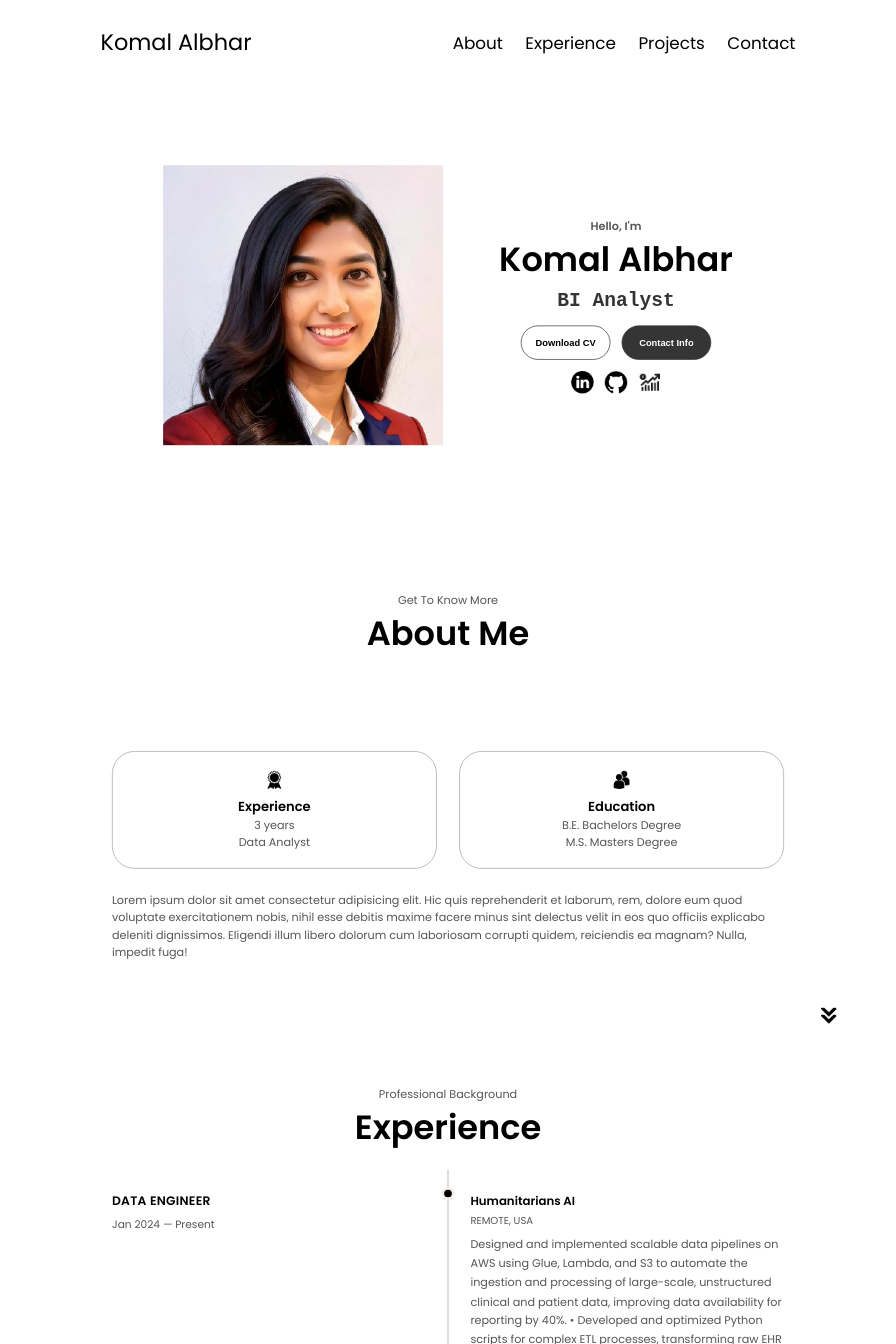
Repository: Komal-A99/komal-albhar
Page: index.html
An editor plug-in stored every save of this project. The page is shown before and after the next save, followed by the edit.
The browser window is 1280 px wide. The pictures show the part of the page from y = 0 to 1920 px (the page is 5649 px tall), at 70% of full size.

Above is the page before, as saved 2025-08-26 11:33:04.

### index.html
<!DOCTYPE html>
<html lang="en">
  <head>
    <meta charset="UTF-8" />
    <meta http-equiv="X-UA-Compatible" content="IE=edge" />
    <meta name="viewport" content="width=device-width, initial-scale=1.0" />
    <title>Komal Albhar Portfolio</title>
    <link rel="stylesheet" href="style.css" />
    <link rel="stylesheet" href="mediaqueries.css" />
    <link rel="icon" type="image/gif" href="career.gif" />
  </head>
  <body>
    <nav id="desktop-nav">
      <div class="logo">Komal Albhar</div>
      <div>
        <ul class="nav-links">
          <li><a href="#about">About</a></li>
          <li><a href="#experience">Experience</a></li>
          <li><a href="#projects">Projects</a></li>
          <li><a href="#contact">Contact</a></li>
        </ul>
      </div>
    </nav>
    <nav id="hamburger-nav">
      <div class="logo">Komal Albhar</div>
      <div class="hamburger-menu">
        <div class="hamburger-icon" onclick="toggleMenu()">
          <span></span>
          <span></span>
          <span></span>
        </div>
        <div class="menu-links">
          <li><a href="#about" onclick="toggleMenu()">About</a></li>
          <li><a href="#experience" onclick="toggleMenu()">Experience</a></li>
          <li><a href="#projects" onclick="toggleMenu()">Projects</a></li>
          <li><a href="#contact" onclick="toggleMenu()">Contact</a></li>
        </div>
      </div>
    </nav>
    <section id="profile">
      <div class="section__pic-container">
        <img src="./assets/profile-pic.jpeg" alt="Komal Albhar profile picture" />
      </div>
      <div class="section__text">
        <p class="section__text__p1">Hello, I'm</p>
        <h1 class="title">Komal Albhar</h1>
        <p class="section__text__p2"><span id="rotating-text" class="fancy-title"></span></p>
        <div class="btn-container">
          <button
            class="btn btn-color-2"
            onclick="window.open('./assets/resume-example.pdf')"
          >
            Download CV
          </button>
          <button class="btn btn-color-1" onclick="location.href='./#contact'">
            Contact Info
          </button>
        </div>
        <div id="socials-container">
          <img
            src="./assets/linkedin.png"
            alt="My LinkedIn profile"
            class="icon"
            onclick="location.href='https://www.linkedin.com/in/komal-s-b44762373/'"
          />
          <img
            src="./assets/github.png"
            alt="My Github profile"
            class="icon"
            onclick="location.href='https://github.com/Komal-A99'"
          />
          <img
          src="./assets/visualization.png"
          alt="My Visualization profile"
          class="icon"
          onclick="location.href='https://public.tableau.com/app/profile/komal.albhar/vizzes'"
        />
        </div>
      </div>
    </section>
    <section id="about">
      <p class="section__text__p1">Get To Know More</p>
      <h1 class="title">About Me</h1>
      <div class="section-container">
       <!-- <div class="section__pic-container">
        <img
          src="./assets/about-pic.png"
          alt="Profile picture"
          class="about-pic"
        />

      </div>-->
        <div class="about-details-container">
          <div class="about-containers">
            <div class="details-container">
              <img
                src="./assets/experience.png"
                alt="Experience icon"
                class="icon"
              />
              <h3>Experience</h3>
              <p>3 years <br />Data Analyst </p>
            </div>
            <div class="details-container">
              <img
                src="./assets/education.png"
                alt="Education icon"
                class="icon"
              />
              <h3>Education</h3>
              <p>B.E. Bachelors Degree<br />M.S. Masters Degree</p>
            </div>
          </div>
          <div class="text-container">
            <p>
              Lorem ipsum dolor sit amet consectetur adipisicing elit. Hic quis
              reprehenderit et laborum, rem, dolore eum quod voluptate
              exercitationem nobis, nihil esse debitis maxime facere minus sint
              delectus velit in eos quo officiis explicabo deleniti dignissimos.
              Eligendi illum libero dolorum cum laboriosam corrupti quidem,
              reiciendis ea magnam? Nulla, impedit fuga!
            </p>
          </div>
        </div>
      </div>
      <img
        src="./assets/arrow.png"
        alt="Arrow icon"
        class="icon arrow"
        onclick="location.href='./#experience'"
      />
    </section>
    <section id="experience">
      <p class="section__text__p1">Professional Background</p>
      <h1 class="title">Experience</h1>

      <div class="timeline">
        <!-- ITEM -->
        <div class="tl-item">
          <div class="tl-left">
            <h3>Data Engineer</h3>
            <div class="tl-date">Jan 2024 — Present</div>
          </div>
          <div class="tl-right">
            <h3 class="company">Humanitarians AI</h3>
            <div class="location">Remote, USA</div>
            <p class="desc">
              Designed and implemented scalable data pipelines on AWS using Glue, Lambda, and S3 to automate the ingestion and
              processing of large-scale, unstructured clinical and patient data, improving data availability for reporting by 40%.
              • Developed and optimized Python scripts for complex ETL processes, transforming raw EHR (Electronic Health
              Record) and claims data into structured, analysis-ready formats for analytics and operational reporting.
              • Built automated data validation and quality checks within pipelines to ensure data integrity, accuracy, and compliance
              across all systems, directly supporting internal controls and audit requirements.
              • Collaborated with clinical analysts and business stakeholders to understand data requirements and deliver clean,
              reliable, and timely datasets for population health analytics and regulatory reporting.
            </p>
          </div>
        </div>

        <div class="tl-item">
          <div class="tl-left">
            <h3>Data Engineer Intern</h3>
            <div class="tl-date">Aug 2024 — Dec 2024</div>
          </div>
          <div class="tl-right">
            <h3 class="company">Abecedarian</h3>
            <div class="location">Boston, MA</div>
            <p class="desc">
              • Engineered and maintained robust data pipelines using Python and SQL, automating the flow of educational data from
                multiple source systems into a centralized Snowflake data warehouse.
              • Utilized Airflow to orchestrate and schedule ETL jobs, ensuring reliable and timely data delivery for stakeholder
                reporting.
              • Documented all data processes, pipeline designs, and automation workflows, creating a comprehensive knowledge base
                for the team.
            </p>
          </div>
        </div>

        <div class="tl-item">
          <div class="tl-left">
            <h3>Data and Business Intelligence Analyst</h3>
            <div class="tl-date">Jul 2021 — Jun 2022</div>
          </div>
          <div class="tl-right">
            <h3 class="company">UST Global Inc</h3>
            <div class="location">Pune, IN</div>
            <p class="desc">
              • Supported the design of data solutions by collaborating with subject matter experts to interpret business requirements
                and translate them into technical specifications for ETL development.
              • Extracted and analyzed data from various source systems to provide insights that informed business decisions and
                identified opportunities for process automation and maintenance of existing data pipelines
              • Developed interactive dashboards and reports in Power BI utilizing advanced DAX for calculated measures and KPIs,
                enabling stakeholders to visualize critical performance metrics and track business efficiency.
            </p>
          </div>
        </div>

        <!-- Duplicate tl-item blocks for each role -->
      </div>
    </section>

    <section id="projects">
      <p class="section__text__p1">Browse My Recent</p>
      <h1 class="title">Projects</h1>
      <div class="experience-details-container">
        <div class="about-containers">
          <div class="details-container color-container">
            <div class="article-container">
              <img
                src="./assets/project-1.png"
                alt="Project 1"
                class="project-img"
              />
            </div>
            <h2 class="experience-sub-title project-title">Project One</h2>
            <div class="btn-container">
              <button
                class="btn btn-color-2 project-btn"
                onclick="location.href='https://github.com/'"
              >
                Github
              </button>
              <button
                class="btn btn-color-2 project-btn"
                onclick="location.href='https://github.com/'"
              >
                Live Demo
              </button>
            </div>
          </div>
          <div class="details-container color-container">
            <div class="article-container">
              <img
                src="./assets/project-2.png"
                alt="Project 2"
                class="project-img"
              />
            </div>
            <h2 class="experience-sub-title project-title">Project Two</h2>
            <div class="btn-container">
              <button
                class="btn btn-color-2 project-btn"
                onclick="location.href='https://github.com/'"
              >
                Github
              </button>
              <button
                class="btn btn-color-2 project-btn"
                onclick="location.href='https://github.com/'"
              >
                Live Demo
              </button>
            </div>
          </div>
          <div class="details-container color-container">
            <div class="article-container">
              <img
                src="./assets/project-3.png"
                alt="Project 3"
                class="project-img"
              />
            </div>
            <h2 class="experience-sub-title project-title">Project Three</h2>
            <div class="btn-container">
              <button
                class="btn btn-color-2 project-btn"
                onclick="location.href='https://github.com/'"
              >
                Github
              </button>
              <button
                class="btn btn-color-2 project-btn"
                onclick="location.href='https://github.com/'"
              >
                Live Demo
              </button>
            </div>
          </div>
        </div>
      </div>
      <img
        src="./assets/arrow.png"
        alt="Arrow icon"
        class="icon arrow"
        onclick="location.href='./#contact'"
      />
    </section>
    <section id="contact">
      <div class="contact-wrap">
        <!-- LEFT: copy -->
        <div class="contact-left">
          <p class="section__text__p1">Get in Touch</p>
          <h1 class="title contact-title">Contact Me</h1>

          <h3 class="contact-sub">I’d like to hear from you!</h3>
          <p class="contact-blurb">
            If you have any inquiries or just want to say hi, please use the contact form.
          </p>

          <a class="contact-email" href="mailto:albhar.komal@gmail.com">
            <img src="./assets/email.png" alt="Email icon" class="icon contact-icon email-icon" />
            albhar.komal@gmail.com
          </a>

        <!--  <div class="contact-socials">
            <img
              src="./assets/linkedin.png"
              alt="LinkedIn"
              class="icon"
              onclick="location.href='https://www.linkedin.com/in/komal-s-b44762373/'"
            />
            <img
              src="./assets/github.png"
              alt="GitHub"
              class="icon"
              onclick="location.href='https://github.com/Komal-A99'"
            />
            <img
              src="./assets/visualization.png"
              alt="Tableau"
              class="icon"
              onclick="location.href='https://public.tableau.com/app/profile/komal.albhar/vizzes'"
            />
          </div>-->

        </div>

        <!-- RIGHT: form -->
        <form class="contact-form">
          <div class="form-row two-col">
            <div class="form-field">
              <label for="first">First Name</label>
              <input id="first" name="first" type="text" autocomplete="given-name" required />
            </div>
            <div class="form-field">
              <label for="last">Last Name</label>
              <input id="last" name="last" type="text" autocomplete="family-name" required />
            </div>
          </div>

          <div class="form-row">
            <div class="form-field">
              <label for="email">Email <span aria-hidden="true">*</span></label>
              <input id="email" name="email" type="email" autocomplete="email" required />
            </div>
          </div>

          <div class="form-row">
            <div class="form-field">
              <label for="message">Message</label>
              <textarea id="message" name="message" rows="6" placeholder="Write your message…"></textarea>
            </div>
          </div>

          <div class="form-actions">
            <button type="submit" class="btn btn-color-1 send-btn">Send</button>
          </div>
        </form>
      </div>
    </section>
    <footer>
      <nav>
        <div class="nav-links-container">
          <ul class="nav-links">
            <li><a href="#about">About</a></li>
            <li><a href="#experience">Experience</a></li>
            <li><a href="#projects">Projects</a></li>
            <li><a href="#contact">Contact</a></li>
          </ul>
        </div>
      </nav>
      <p>Copyright &#169; 2024 Komal Albhar. All Rights Reserved.</p>
    </footer>
    <script src="script.js"></script>
  </body>
</html>

### mediaqueries.css
@media screen and (max-width: 1400px) {
    #profile {
      height: 83vh;
      margin-bottom: 6rem;
    }
    .about-containers {
      flex-wrap: wrap;
    }
    #contact,
    #projects {
      height: fit-content;
    }
  }

  @media screen and (max-width: 1200px) {
    #desktop-nav {
      display: none;
    }
    #hamburger-nav {
      display: flex;
    }
    #experience,
    .experience-details-container {
      margin-top: 2rem;
    }
    #profile,
    .section-container {
      display: block;
    }
    .arrow {
      display: none;
    }
    section,
    .section-container {
      height: fit-content;
    }
    section {
      margin: 0 5%;
    }
    .section__pic-container {
      width: 275px;
      height: 275px;
      margin: 0 auto 2rem;
    }
    .about-containers {
      margin-top: 0;
    }
  }

  @media screen and (max-width: 600px) {
    #contact,
    footer {
      height: 40vh;
    }
    #profile {
      height: 83vh;
      margin-bottom: 0;
    }
    article {
      font-size: 1rem;
    }
    footer nav {
      height: fit-content;
      margin-bottom: 2rem;
    }
    .about-containers,
    .contact-info-upper-container,
    .btn-container {
      flex-wrap: wrap;
    }
    .contact-info-container {
      margin: 0;
    }
    .contact-info-container p,
    .nav-links li a {
      font-size: 1rem;
    }
    .experience-sub-title {
      font-size: 1.25rem;
    }
    .logo {
      font-size: 1.5rem;
    }
    .nav-links {
      flex-direction: column;
      gap: 0.5rem;
      text-align: center;
    }
    .section__pic-container {
      width: auto;
      height: 46vw;
      justify-content: center;
    }
    .section__text__p2 {
      font-size: 1.25rem;
    }
    .title {
      font-size: 2rem;
    }
    .text-container {
      text-align: justify;
    }
  }

Loaded but not shown: script.js (24 lines, source omitted); style.css (534 lines, source omitted)

After the next save:
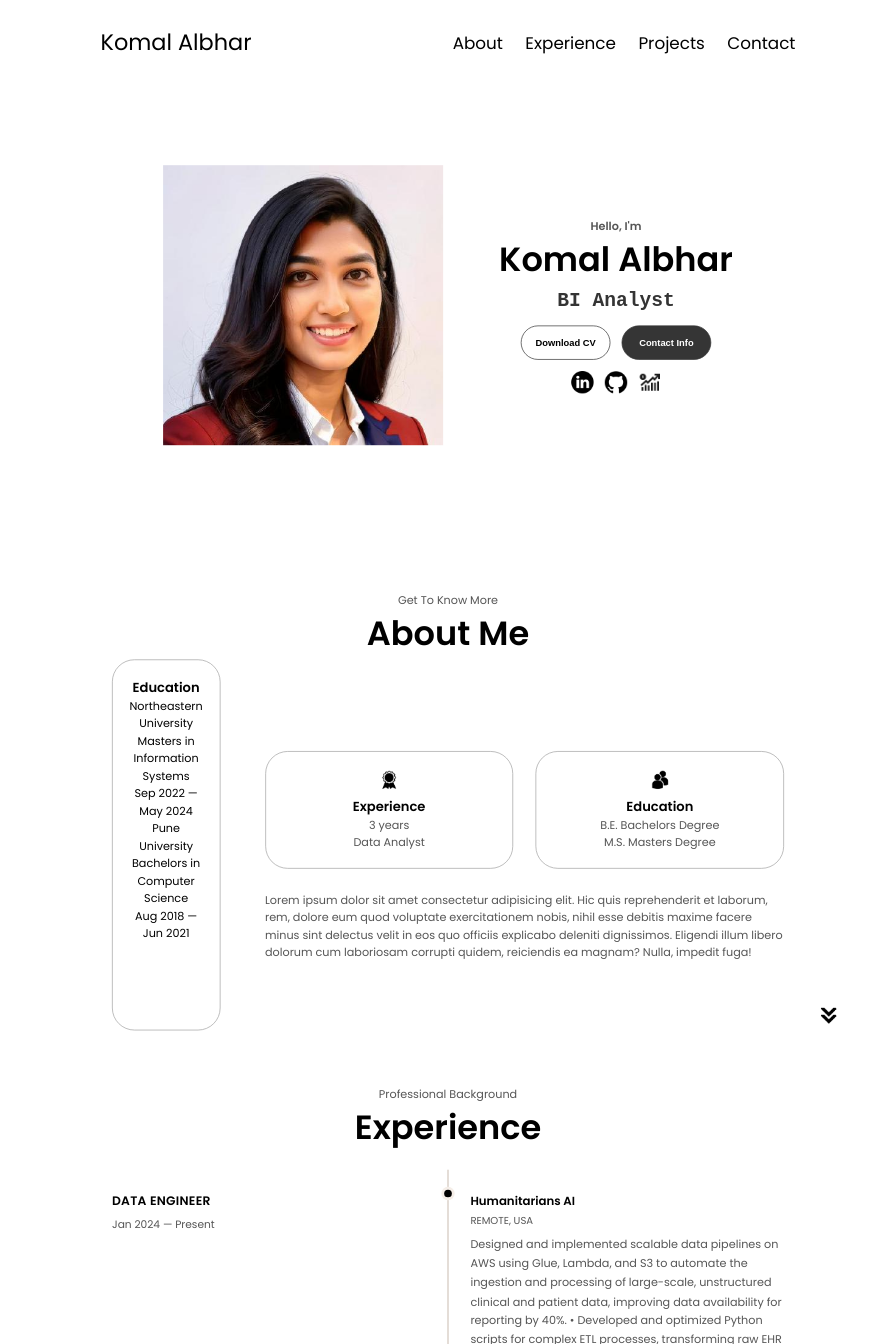
Saved 2 h 48 min later.
--- a/index.html
+++ b/index.html
@@ -90,6 +90,27 @@
         />
 
       </div>-->
+
+
+      <div class="details-container education-card">
+        <h3>Education</h3>
+        <div class="edu-list">
+          <!-- Existing Masters -->
+          <div class="edu-item">
+            <div class="edu-school">Northeastern University</div>
+            <div class="edu-degree">Masters in Information Systems</div>
+            <div class="edu-dates">Sep 2022 — May 2024</div>
+          </div>
+
+          <!-- New Bachelors -->
+          <div class="edu-item">
+            <div class="edu-school">Pune University</div>
+            <div class="edu-degree">Bachelors in Computer Science</div>
+            <div class="edu-dates">Aug 2018 — Jun 2021</div>
+          </div>
+        </div>
+      </div>
+
         <div class="about-details-container">
           <div class="about-containers">
             <div class="details-container">
